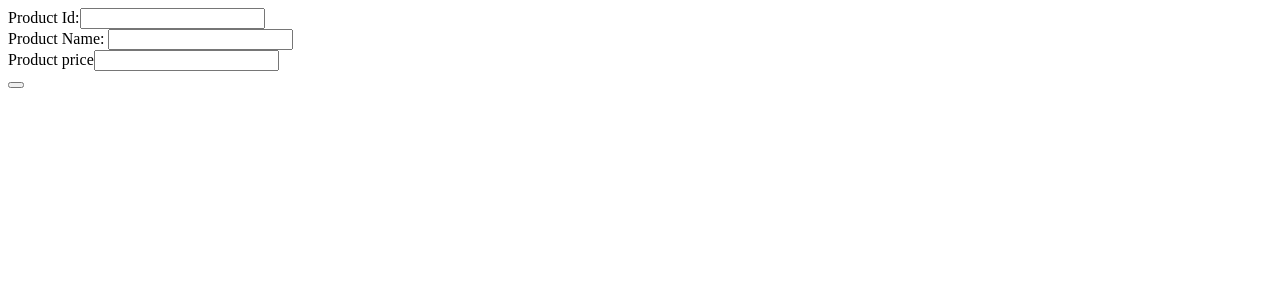
Repository: Pallavijoshii/Zen_Training
Page: RESTfulWebServices/TrivagoHotels/WebContent/addProduct.html
The author's editor kept a copy of each file at every save. The page is drawn from the files as they stood at one save, then again after the next save.
The browser window is 1280 px wide. The pictures show the whole page.

Above is the page before, as saved 2019-07-25 18:48:02.

After the next save:
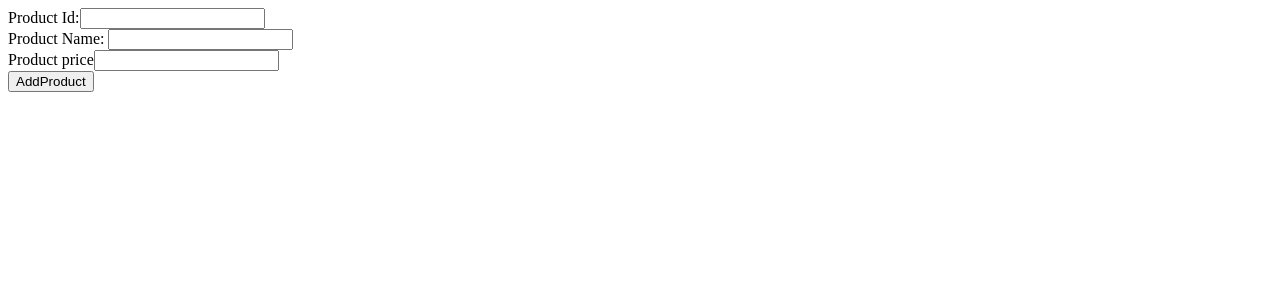
Saved 25 s later.
--- a/RESTfulWebServices/TrivagoHotels/WebContent/addProduct.html
+++ b/RESTfulWebServices/TrivagoHotels/WebContent/addProduct.html
@@ -9,7 +9,7 @@
   Product Id:<input type="number" name="Id"/></br>
   Product Name: <input type="text" name="Name"/></br>
   Product price<input type="number" name="Price"/></br>
-  <button type="submit" value="AddProduct"></button>
+  <input type="submit" value="AddProduct"/>
   </form>
 </body>
 </html>
